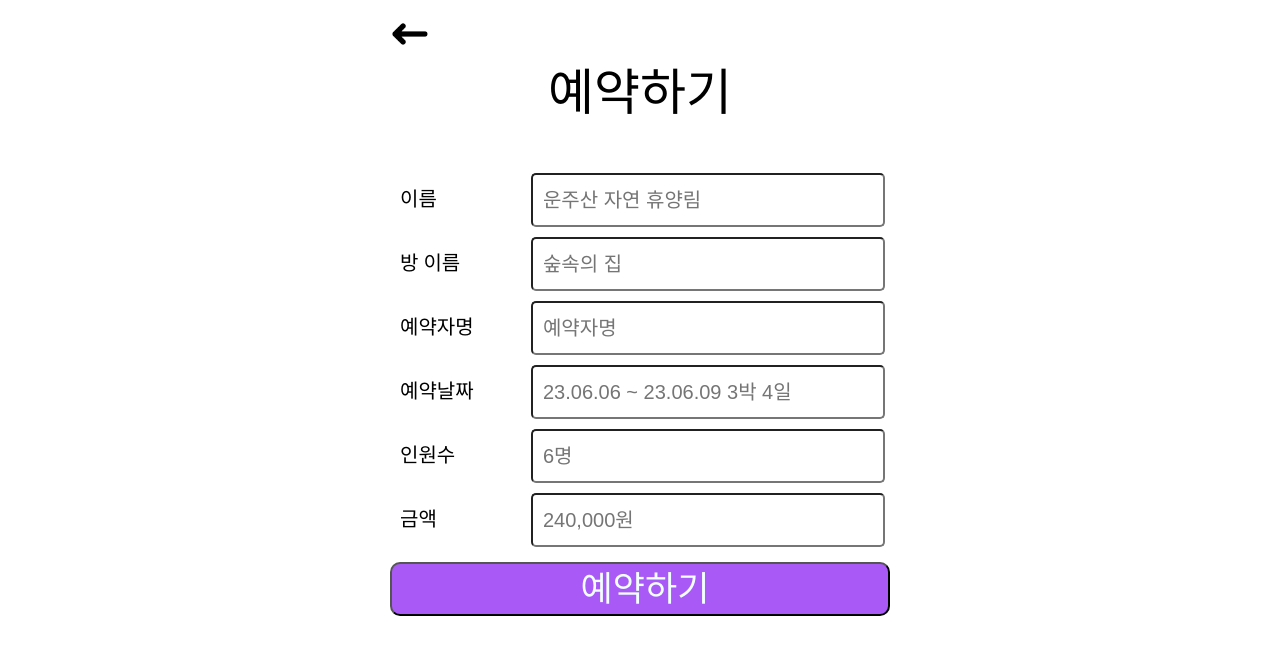
Repository: jaehunjeong4103/WebProject
Page: http://localhost/Web/view/reservation/reservation
An editor plug-in stored every save of this project. The page is shown before and after the next save, followed by the edit.
The browser window is 1280 px wide. The pictures show the whole page.
Some web fonts or font styles are not loaded; a fallback is used. The page is served by Tomcat 9.

Above is the page before, as saved 2023-06-06 01:33:06.

After the next save:
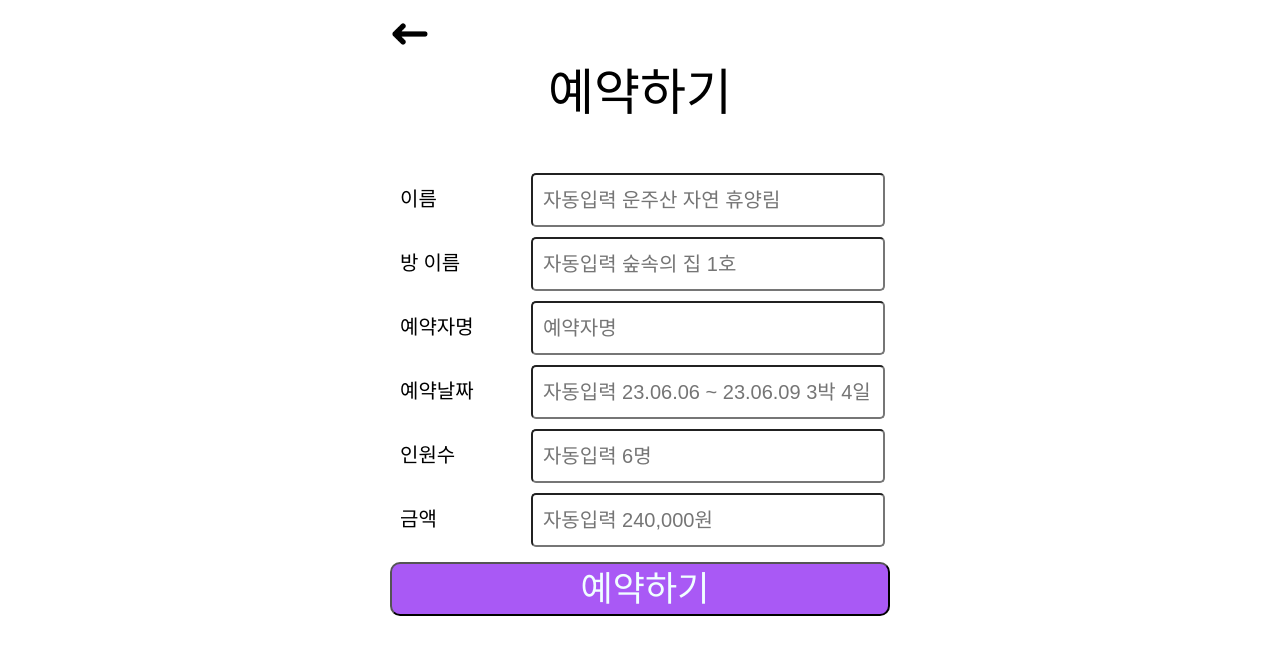
Saved 2 min 14 s later.
--- a/Web/src/main/webapp/WEB-INF/view/reservation/reservation.jsp
+++ b/Web/src/main/webapp/WEB-INF/view/reservation/reservation.jsp
@@ -22,11 +22,11 @@
 			<section>
 				<div class="input">
 					<span>이름</span>
-					<input type="text" placeholder="운주산 자연 휴양림" class="input_text id" name="ID" value="${chkId}" readonly>
+					<input type="text" placeholder="자동입력 운주산 자연 휴양림" class="input_text id" name="ID" value="${chkId}" readonly>
 				</div>
 				<div class="input">
 					<span>방 이름</span>
-					<input type="text" placeholder="숲속의 집" class="input_text id" name="ID" value="${chkId}" readonly>
+					<input type="text" placeholder="자동입력 숲속의 집 1호" class="input_text id" name="ID" value="${chkId}" readonly>
 				</div>
 				<div class="input">
 					<span>예약자명</span>
@@ -34,15 +34,15 @@
 				</div>
 				<div class="input">
 					<span>예약날짜</span>
-					<input type="text" placeholder="23.06.06 ~ 23.06.09 3박 4일" class="input_text id" name="ID" value="${chkId}" readonly>
+					<input type="text" placeholder="자동입력 23.06.06 ~ 23.06.09 3박 4일" class="input_text id" name="ID" value="${chkId}" readonly>
 				</div>
 				<div class="input">
 					<span>인원수</span>
-					<input type="text" placeholder="6명" class="input_text id" name="ID" value="${chkId}" readonly>
+					<input type="text" placeholder="자동입력 6명" class="input_text id" name="ID" value="${chkId}" readonly>
 				</div>
 				<div class="input">
 					<span>금액</span>
-					<input type="text" placeholder="240,000원" class="input_text id" name="ID" value="${chkId}" readonly>
+					<input type="text" placeholder="자동입력 240,000원" class="input_text id" name="ID" value="${chkId}" readonly>
 				</div>
 		    <input type="submit" value="예약하기" class="button">
 			</section>
